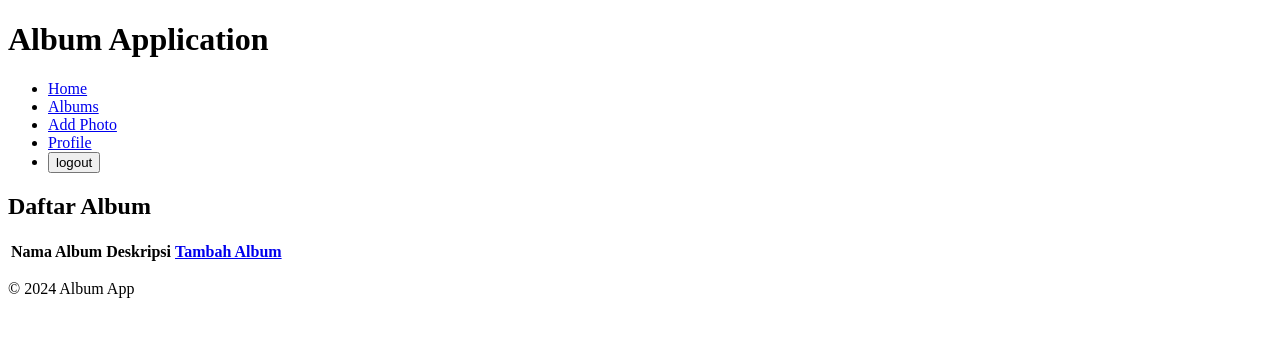
Repository: daffa-alif/snapgram
Page: http://localhost/albums
The author's editor kept a copy of each file at every save. The page is drawn from the files as they stood at one save, then again after the next save.
The browser window is 1280 px wide. The pictures show the whole page.
The page is served by the project's Laravel application, run on PHP 8.4 with Laravel 12. A made-up administrator, Test User (test@example.com), is signed in. Other server files are loaded and not shown. Queries for data that is not in the repository find no rows.

Above is the page before, as saved 2024-10-23 08:34:31.

### routes/web.php
<?php

use Illuminate\Support\Facades\Route;
use App\Http\Controllers\{
    AuthController,
    HomeController,
    AlbumController,
    PhotoController,
    ProfileController,
};

// Redirect root URL to login
Route::redirect('/', '/auth/login');

// Authentication routes
Route::controller(AuthController::class)->group(function () {

    Route::get('auth/login', 'showLoginForm')->name('login')->middleware('guest');
    Route::post('auth/postLogin', 'postLogin')->name('postLogin');
    Route::post('logout', 'logout')->name('logout');
    Route::get('auth/register', 'showRegistrationForm')->name('register.form');
    Route::post('auth/register', 'register')->name('register');

   // Routes that require authentication
Route::middleware('auth')->group(function () {
    // Home route
    Route::get('/home', [HomeController::class, 'index'])->name('home');
    // Album resource routes
    Route::resource('albums', AlbumController::class);
    // Photo routes
    Route::resource('photos', PhotoController::class);
    Route::get('/albums/{album}/photos', [PhotoController::class, 'index'])
        ->name('albums.photos');
    Route::post('photos/{photo}/like/', [PhotoController::class, 'like'])
        ->name('photos.like');
    Route::get('/photos/{photo}/comments', [PhotoController::class, 'showComments'])
        ->name('photos.comments');
    Route::post('/photos/{photo}/comments', [PhotoController::class, 'storeComment'])
        ->name('photos.comment.store');

        Route::get('/profile', [ProfileController::class, 'index'])->name('profile.index');
        Route::put('/profile', [ProfileController::class, 'update'])->name('profile.update');
    });
});

### app/Models/User.php
<?php

namespace App\Models;

// use Illuminate\Contracts\Auth\MustVerifyEmail;
use Illuminate\Database\Eloquent\Factories\HasFactory;
use Illuminate\Foundation\Auth\User as Authenticatable;
use Illuminate\Notifications\Notifiable;

class User extends Authenticatable
{
    use HasFactory, Notifiable;

    /**
     * The attributes that are mass assignable.
     *
     * @var array<int, string>
     */
    protected $fillable = [
        'username',
        'email',
        'password',
        'namaLengkap',
        'alamat',
    ];

    protected $primaryKey = 'userID';
    /**
     * The attributes that should be hidden for serialization.
     *
     * @var array<int, string>
     */
    protected $hidden = [
        'password',
        'remember_token',
    ];

    /**
     * Get the attributes that should be cast.
     *
     * @return array<string, string>
     */
    protected function casts(): array
    {
        return [
            'email_verified_at' => 'datetime',
            'password' => 'hashed',
        ];
    }
}

### app/Http/Controllers/AlbumController.php
<?php

namespace App\Http\Controllers;

use Illuminate\Http\Request;
use App\Models\Album; // Import the Album model
use Illuminate\Support\Facades\Auth; // Import the Auth facade

class AlbumController extends Controller
{
    /**
     * Display a listing of the resource.
     */
    public function index()
    {
        // Fetch albums created by the authenticated user
        $albums = Album::where('userID', Auth::id())->get();
        return view('albums.index', compact('albums'));
    }

    /**
     * Show the form for creating a new resource.
     */
    public function create()
    {
        return view('albums.create');
    }

    /**
     * Store a newly created resource in storage.
     */
    public function store(Request $request)
    {
        // Validate the request data
        $request->validate([
            'namaAlbum' => 'required|max:255',
            'deskripsi' => 'required|max:150',
        ]);

        // Create a new album associated with the authenticated user
        Album::create([
            'namaAlbum' => $request->input('namaAlbum'),
            'deskripsi' => $request->input('deskripsi'),
            'tanggalDibuat' => now(),
            'userID' => Auth::id(),
        ]);

        // Redirect back to the album list with a success message
        return redirect()->route('albums.index')->with('success', 'Album created successfully.');
    }

    /**
     * Display the specified resource.
     */
    public function show($id)
    {
        // Find the album by ID and ensure it belongs to the current user
        $album = Album::where('userID', Auth::id())->findOrFail($id);
        return view('albums.show', compact('album'));
    }

    /**
     * Show the form for editing the specified resource.
     */
    public function edit($id)
    {
        // Find the album by ID and ensure it belongs to the current user
        $album = Album::where('userID', Auth::id())->findOrFail($id);
        return view('albums.edit', compact('album'));
    }

    /**
     * Update the specified resource in storage.
     */
    public function update(Request $request, $id)
    {
        // Validate the updated album data
        $request->validate([
            'namaAlbum' => 'required|max:255',
            'deskripsi' => 'required|max:150',
        ]);

        // Find the album and ensure it belongs to the current user
        $album = Album::where('userID', Auth::id())->findOrFail($id);

        // Update the album with new data
        $album->update([
            'namaAlbum' => $request->input('namaAlbum'),
            'deskripsi' => $request->input('deskripsi'),
        ]);

        // Redirect back to the album list with a success message
        return redirect()->route('albums.index')->with('success', 'Album updated successfully.');
    }

    /**
     * Remove the specified resource from storage.
     */
    public function destroy($id)
    {
        // Find the album and ensure it belongs to the current user
        $album = Album::where('userID', Auth::id())->findOrFail($id);

        // Delete the album
        $album->delete();

        // Redirect back to the album list with a success message
        return redirect()->route('albums.index')->with('success', 'Album deleted successfully.');
    }
}

### app/Models/Album.php
<?php

namespace App\Models;

use Illuminate\Database\Eloquent\Model;

class Album extends Model {

protected $primaryKey = 'albumID';
protected $fillable = ['namaAlbum', 'deskripsi',
'tanggalDibuat', 'userID'];

/**
* Relasi one-to-one antara Album dan User.
* Setiap album dimiliki oleh satu user.
* Relasi ini menggunakan foreign key 'userID'.
*/
public function user() {
return $this->belongsTo(User::class, 'userID');
}

/**
* Relasi one-to-many antara Album dan Photo.
* Setiap album bisa memiliki banyak foto.
* Relasi ini menggunakan foreign key 'albumID'.
*/
public function photos() {
return $this->hasMany(Photo::class, 'albumID');
}
}

### resources/views/albums/index.blade.php
@extends('layouts.app')

@section('content')

<div class="album-container">
    <h2>Daftar Album</h2>

    <table class="album-table">
        <thead>
            <tr>
                <th>Nama Album</th>
                <th>Deskripsi</th>
                <th><a href="{{ route('albums.create') }}">Tambah Album</a></th>
            </tr>
        </thead>

        <tbody>
            @foreach($albums as $album)
            <tr>
                <td><a href="{{ route('albums.photos', $album->albumID) }}">
                    {{$album->namaAlbum}}
                </a></td>
                <td>{{ $album->deskripsi }}</td>
                <td class="action-column">
                    <a href="{{ route('albums.edit', $album->albumID) }}">Edit</a>
                    <form action="{{ route('albums.destroy', $album->albumID) }}" method="POST" class="delete-form" onsubmit="return confirm('Tindakan ini tidak bisa dibatalkan');">
                        @csrf
                        @method('DELETE')
                        <button type="submit" class="delete-button">Hapus</button>
                    </form>
                </td>
            </tr>
            @endforeach
        </tbody>
    </table>
</div>
<style>

</style>
@endsection

### resources/views/layouts/app.blade.php
<!DOCTYPE html>
<html lang="en">
<head>
    <meta charset="UTF-8">
    <meta name="viewport" content="width=device-width, initial-scale=1.0">
    <meta http-equiv="X-UA-Compatible" content="ie=edge">
    <title>@yield('title', 'Album App')</title>
</head>
<body>

    <!-- Header -->
    <header>
        <h1>Album Application</h1>
        @section('header')
            <nav>
                <ul>
                    <li><a href="{{ route('home') }}">Home</a></li>
                    <li><a href="{{ route('albums.index') }}">Albums</a></li>
                    <li><a href="{{ route('photos.create') }}">Add Photo</a></li> <!-- New link for photos -->
                    <li><a href="{{ route('profile.index') }}">Profile</a></li>
                    <li><form action="{{ route('logout') }}" method="POST">
                        @csrf
                        <button type="submit">logout</button>
                    </form></li>
                </ul>
            </nav>
        @show
    </header>

    <!-- Content Section -->
    <main>
        @yield('content')
    </main>

    <!-- Footer -->
    <footer>
        @section('footer')
            <p>&copy; 2024 Album App</p>
        @show
    </footer>

</body>
</html>

Loaded but not shown: app/Http/Controllers/Controller.php (common file)

After the next save:
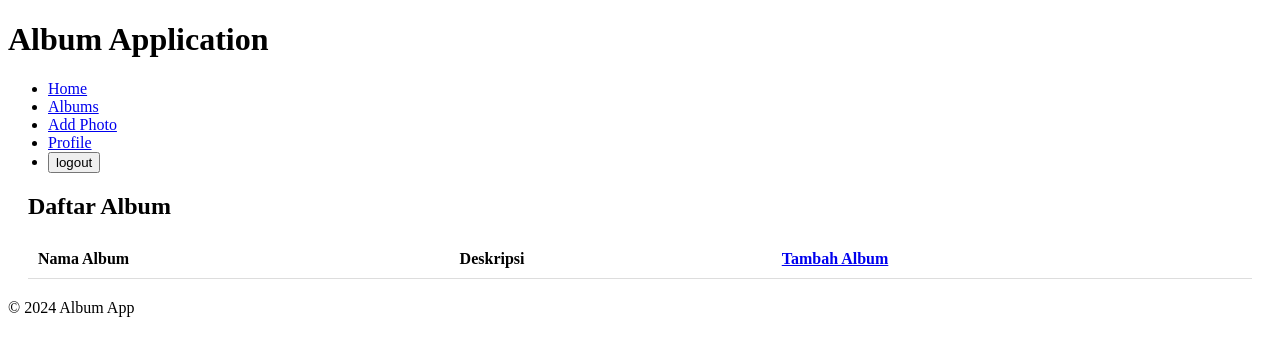
Saved 5 s later.
--- a/resources/views/albums/index.blade.php
+++ b/resources/views/albums/index.blade.php
@@ -35,6 +35,52 @@
     </table>
 </div>
 <style>
+    .album-container {
+    margin: 20px;
+}
+
+.album-table {
+    width: 100%;
+    border-collapse: collapse;
+}
+
+.album-table th,
+.album-table td {
+    padding: 10px;
+    border-bottom: 1px solid #ddd;
+}
+
+.album-table th {
+    text-align: left;
+}
+
+.album-table td a {
+    text-decoration: none;
+    color: #007BFF;
+}
+
+.album-table td a:hover {
+    text-decoration: underline;
+}
+
+.action-column {
+    text-align: center;
+}
+
+.delete-form {
+    display: inline;
+}
+
+.delete-button {
+    background: none;
+    border: none;
+    color: #FF0000;
+    cursor: pointer;
+}
+
+.delete-button:hover {
+    text-decoration: underline;
+}
 
 </style>
 @endsection
